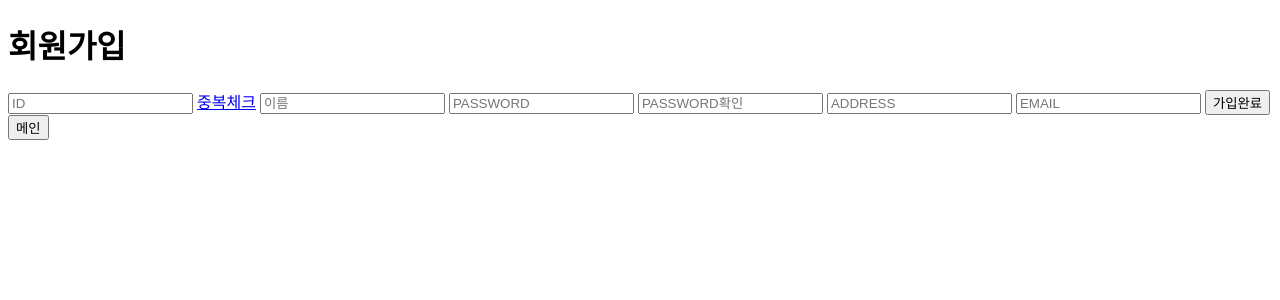
Repository: Junvelop/hkdevelope
Page: http://localhost/04_hklogin_MVC1/registform.jsp
The author's editor kept a copy of each file at every save. The page is drawn from the files as they stood at one save, then again after the next save.
The browser window is 1280 px wide. The pictures show the whole page.
The page is served by Tomcat 9. Other server files are loaded and not shown.

Above is the page before, as saved 2024-09-10 01:52:03.

### Downloads/back_end_edu20240624-master (1)/04_hklogin_MVC1/src/main/webapp/registform.jsp
<%@ page language="java" contentType="text/html; charset=EUC-KR"
    pageEncoding="EUC-KR"%>
<!DOCTYPE html>
<html>
<head>
<meta charset="EUC-KR">
<title>회원가입 폼</title>
</head>
<body>
<div>
	<h1>회원가입</h1>
	<form action = "userController.jsp" method = "post" onsubmit = "return isPW(this)">
	<input type = "hidden" name = "command" value = "adduser"/>
	<input type = "text" name = "id" placeholder="ID" required = "required"/>
	<a href = "#" onclick = "idChk()">중복체크</a>
	<input type = "text" name = "name" placeholder="이름" required = "required"/>
	<input type = "password" name = "password" placeholder="PASSWORD" required = "required"/>
	<input type = "password" name = "password2" placeholder="PASSWORD확인" required = "required"/>
	<input type = "text" name = "address" placeholder="ADDRESS" required = "required"/>
	<input type = "email" name = "email" placeholder="EMAIL" required = "required"/>
	<button type = "submit">가입완료</button>
	<button type = "button" onclick = "location.href = 'index.jsp'">메인</button>
	</form>
</div>
<script type = "text/javascript">
function isPW(formEle){ //파라미터는 form 엘리먼트 전달 받음 안 그러면 var foremEle = document.getElementByTagName("form")[0]을 써야함
	if(formEle.paswword.value!=foremEle.password2.value){
		alert("비밀번호를 확인하세요");
		formEle.password.value=""; // 비밀번호 초기화
		formEle.password2.value="";
		formEle.password.focus(); //비밀번호 바로 입력할 수 있도록 유도 -> 커서 넣기
		return false; // false 반환해줘야 submit 취소할 수 있다. (지금페이지를 유지한다는 것)

	}




}


function idChk(){
	var id = document.getElementsByName("id")[0].value;
	if(id==""){
		alert("아이디를 입력하세요");
	}else{
		window.open("userController.jsp?command=idchk&id="+id,"아이디확인","width=300px,height=300px");
	}
}
</script>
</body>
</html>

After the next save:
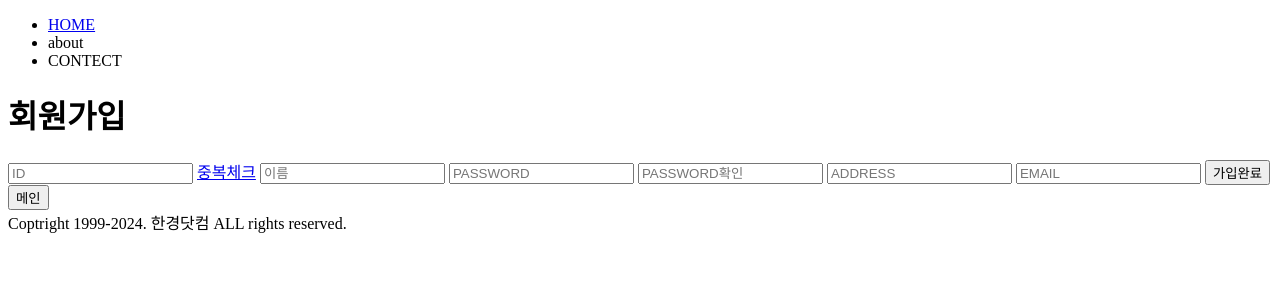
Saved 19 min 5 s later.
--- a/Downloads/back_end_edu20240624-master (1)/04_hklogin_MVC1/src/main/webapp/registform.jsp
+++ b/Downloads/back_end_edu20240624-master (1)/04_hklogin_MVC1/src/main/webapp/registform.jsp
@@ -7,6 +7,18 @@
 <title>회원가입 폼</title>
 </head>
 <body>
+<nav class = "navbar">
+	<div id = "navbar">
+		<ul class ="navbar-nav">
+			<li><a href = "index.jsp">HOME</a></li>
+			<li>about</li>
+			<li>CONTECT</li>
+
+		</ul>
+
+	</div>
+
+</nav>
 <div>
 	<h1>회원가입</h1>
 	<form action = "userController.jsp" method = "post" onsubmit = "return isPW(this)">
@@ -21,6 +33,9 @@
 	<button type = "submit">가입완료</button>
 	<button type = "button" onclick = "location.href = 'index.jsp'">메인</button>
 	</form>
+</div>
+<div class = "footer">
+	Coptright 1999-2024. 한경닷컴 ALL rights reserved.
 </div>
 <script type = "text/javascript">
 function isPW(formEle){ //파라미터는 form 엘리먼트 전달 받음 안 그러면 var foremEle = document.getElementByTagName("form")[0]을 써야함
